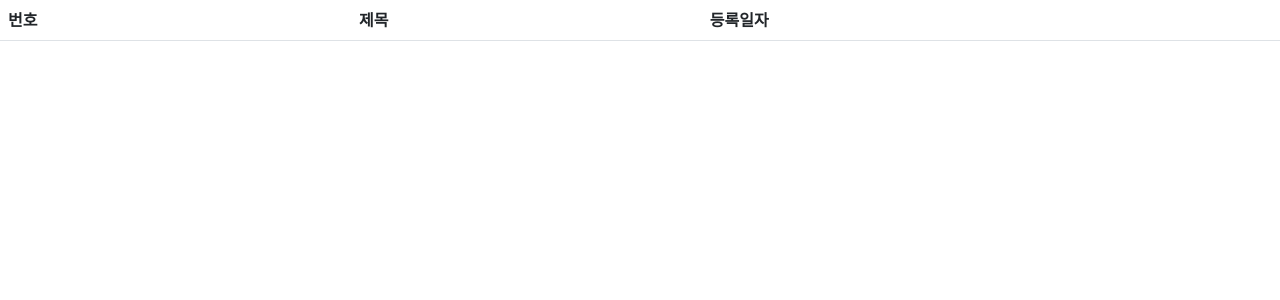
Repository: MeteorLee/Fastcampus_Spring
Page: http://localhost/java-web-01-jsp/board/list.jsp
These files come from the project's save history. The page is drawn as it stood at one moment and after the next save; the edit follows.
The browser window is 1280 px wide. The pictures show the whole page.
The page is served by Tomcat 9. Queries for data that is not in the repository find no rows.

Above is the page before, as saved 2022-12-23 11:48:34.

After the next save:
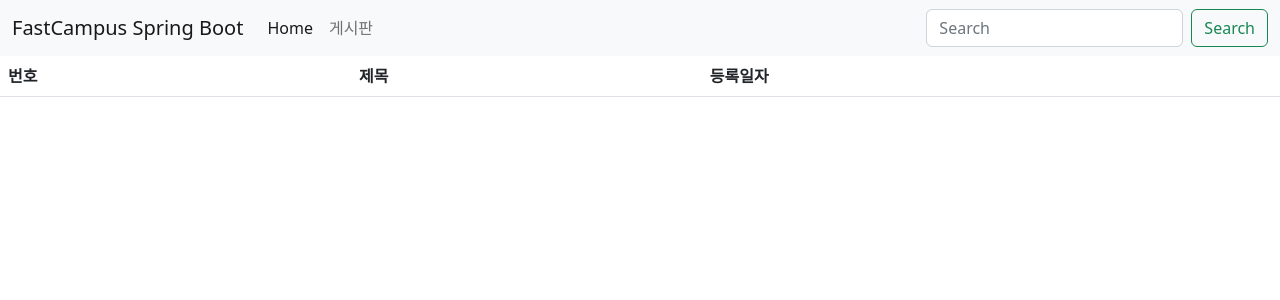
Saved 13 min 14 s later.
--- a/java-web-01-jsp/WebContent/board/list.jsp
+++ b/java-web-01-jsp/WebContent/board/list.jsp
@@ -13,6 +13,8 @@
 		<link href="https://cdn.jsdelivr.net/npm/bootstrap@5.2.3/dist/css/bootstrap.min.css" rel="stylesheet" integrity="sha384-rbsA2VBKQhggwzxH7pPCaAqO46MgnOM80zW1RWuH61DGLwZJEdK2Kadq2F9CUG65" crossorigin="anonymous">
 	</head>
 	<body>
+		<%@ include file="/common/header.jsp" %>
+
 		<table class="table">
 			<thead>
 				<tr>
